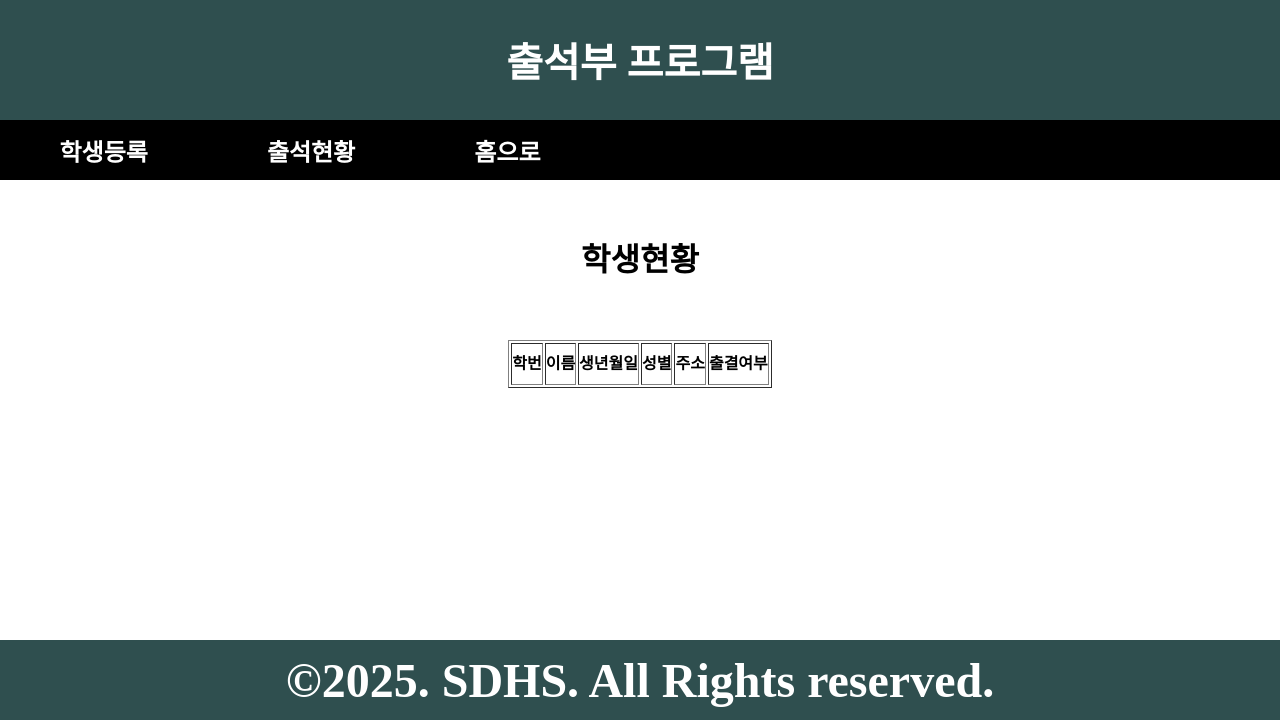
Repository: balhyo-younjisang/DigitechJSP
Page: http://localhost/rollbook/list.jsp
An editor plug-in stored every save of this project. The page is shown before and after the next save, followed by the edit.
The browser window is 1280 px wide. The pictures show the whole page.
The page is served by Tomcat 9. Queries for data that is not in the repository find no rows.

Above is the page before, as saved 2025-03-31 04:51:19.

After the next save:
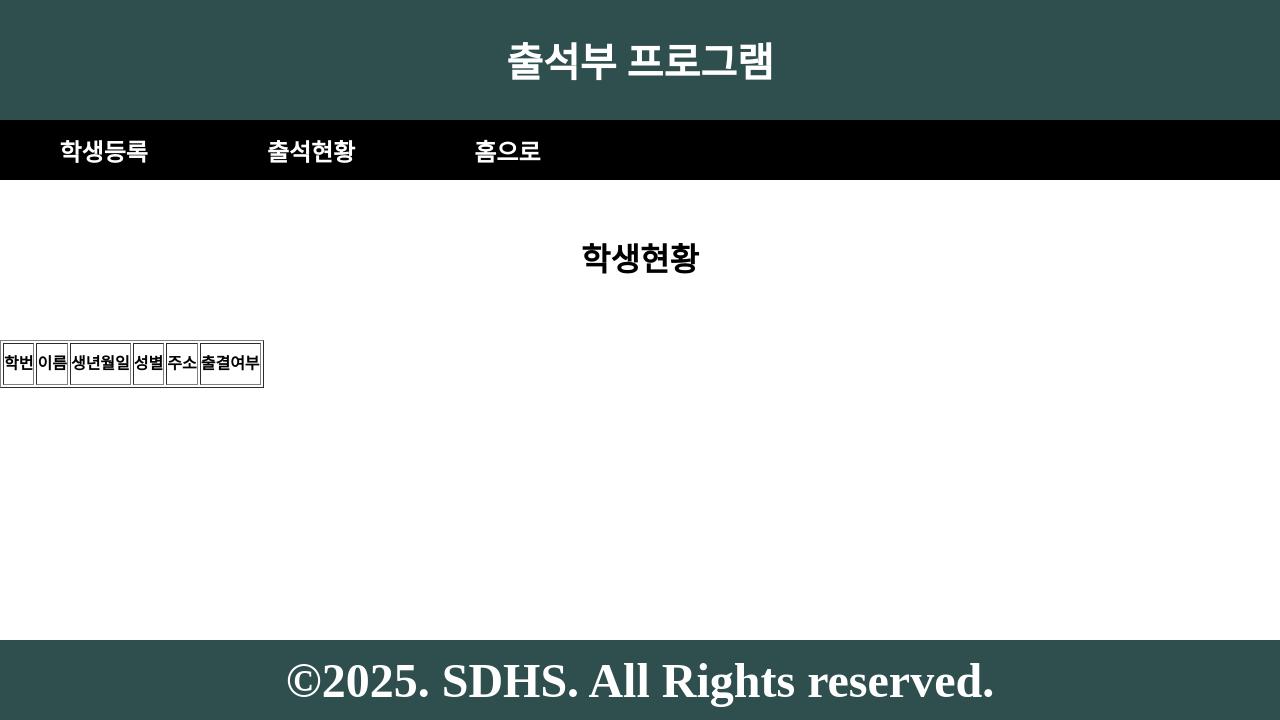
Saved 16 s later.
--- a/rollbook/src/main/webapp/css/style.css
+++ b/rollbook/src/main/webapp/css/style.css
@@ -67,6 +67,7 @@
 	line-height: 40px;
 	display: flex;
 	justify-content: center;
+	flex-direction: column;
 }
 
 main .content table td {

After the save that followed:
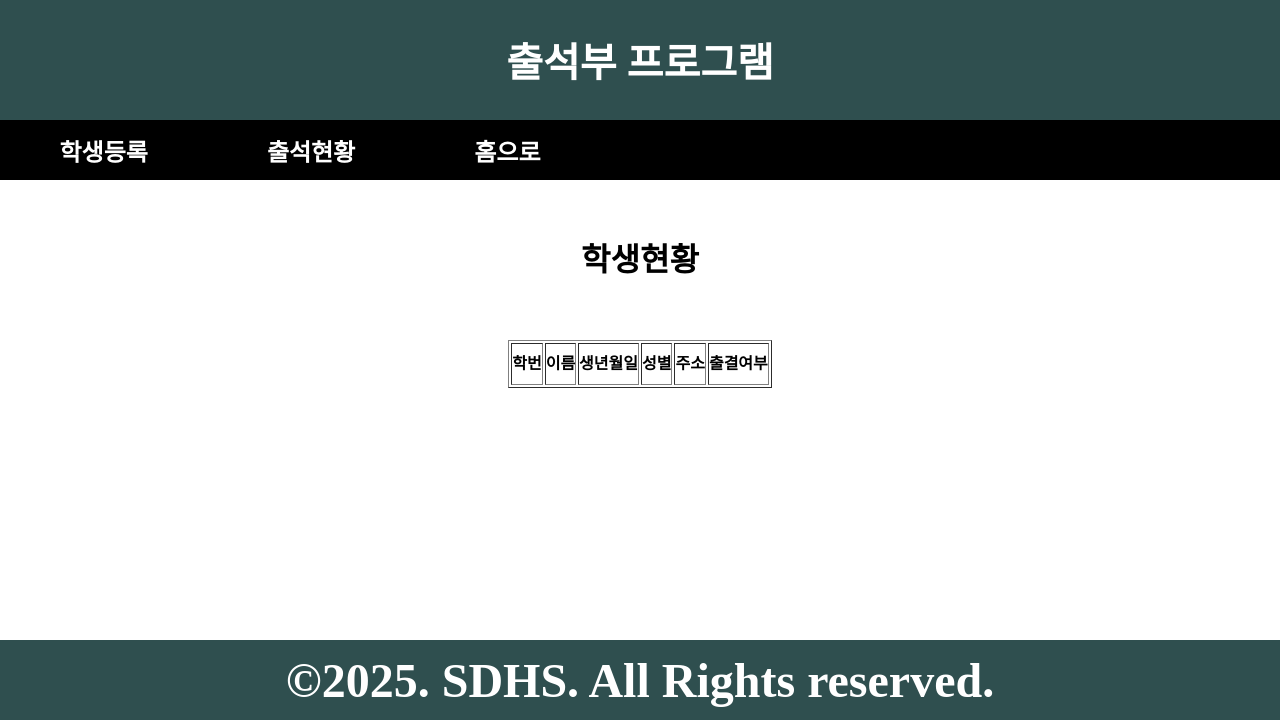
Saved 10 s later.
--- a/rollbook/src/main/webapp/css/style.css
+++ b/rollbook/src/main/webapp/css/style.css
@@ -66,7 +66,7 @@
 main .content {
 	line-height: 40px;
 	display: flex;
-	justify-content: center;
+	align-items: center;
 	flex-direction: column;
 }
 
